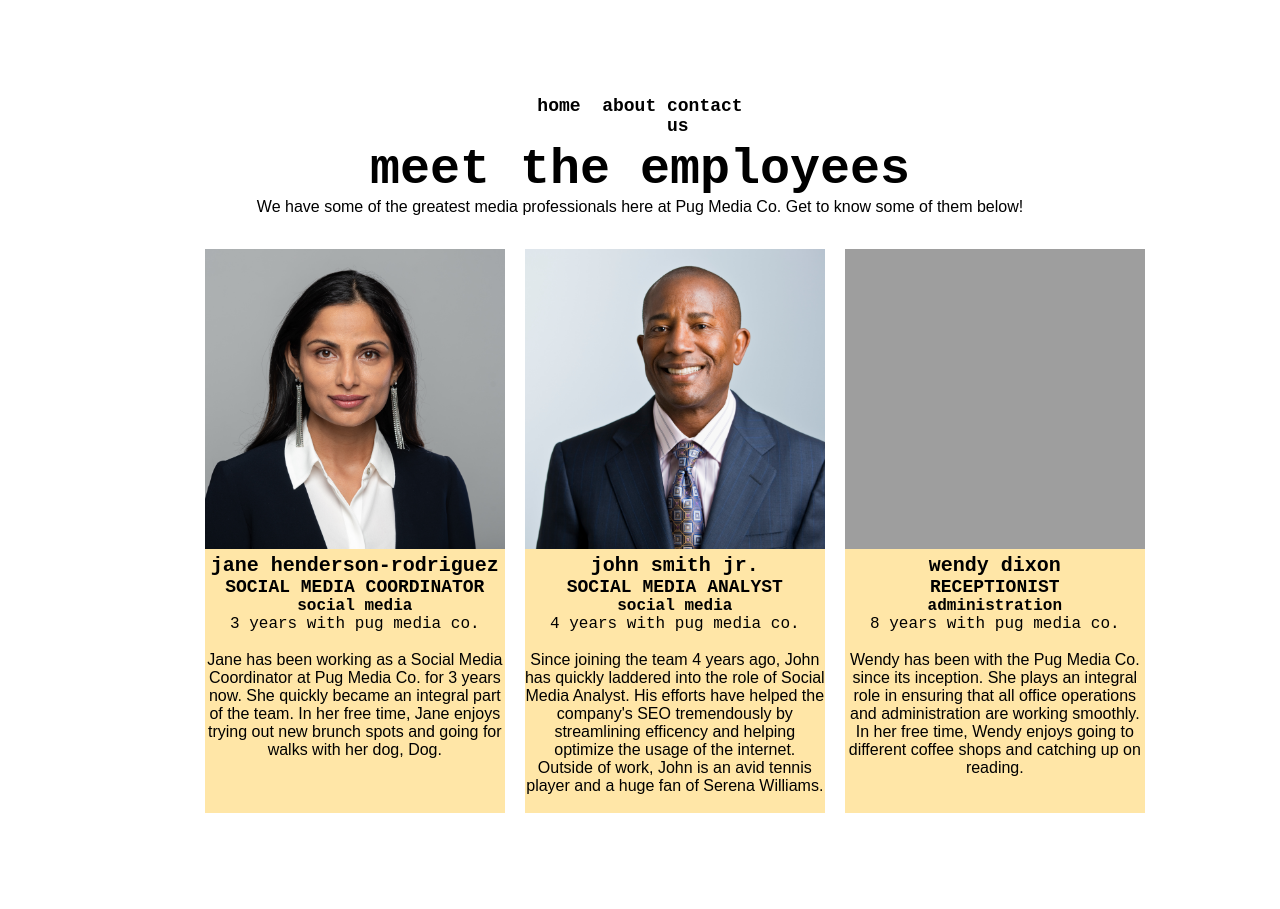
Repository: cheungglenda/MDIA2109-Week3
Page: /about
An editor plug-in stored every save of this project. The page is shown before and after the next save, followed by the edit.
The browser window is 1280 px wide. The pictures show the whole page.
Pictures or frames that could not be fetched are drawn as grey boxes. The project was rebuilt for these pictures with package versions that can differ from the ones it lists, and the page was loaded fresh each time. The framework's server and built-in components were replaced by stand-ins that run in the browser. Also part of the build but not shown: next.config.js.

Above is the page before, as saved 2023-01-20 12:57:12.

### pages/about.js
import Head from 'next/head'
import { Inter } from '@next/font/google'
import styles from '@/styles/Home.module.css'
import aboutData from '../data/about.json'
import { useState } from 'react'
import EmployeeCard  from '../components/EmployeeCard'
import Link from 'next/link'

export default function About() {

    const [aboutEmployees, setAboutEmployees] = useState([...aboutData])
    console.log(aboutData)
    return (
   <>
      <Head>
        <title>Meet the Employees</title>
        <meta name="description" content="Meet the Employees" />
        <meta name="viewport" content="width=device-width, initial-scale=1" />
        <link rel="icon" href="/favicon.ico" />
      </Head>
      <main className={styles.main}>
        <div className={styles.buttons}>
      <Link href="/" className={styles.links}>Home</Link>
      <Link href="/about" className={styles.links}>About</Link>
      <Link href="/" className={styles.links}>Contact Us</Link>
      </div>

      <div className={styles.meetTitle}>Meet the Employees</div>
      <div className={styles.titleDesc}>We have some of the greatest media professionals here at Pug Media Co. Get to know some of them below!</div>

        <div className={styles.grid}>
          <div className={styles.employees}>
          {aboutEmployees && aboutEmployees.map((info, index) => {
            if(info.firstName.toLowerCase() === "jane") {
            return (
              <EmployeeCard
              key={index}
              firstname={info.firstName}
              lastname={info.lastName}
              jobtitle={info.jobTitle}
              department={info.department}
              yearsworked={info.yearsWorked}
              description={info.description}
              color="#FFE6A7" font="16px"/>
            )
          }
          })}

          {aboutEmployees && aboutEmployees.map((info, index) => {
            if(info.firstName.toLowerCase() === "john") {
            return (
              <EmployeeCard
              key={index}
              firstname={info.firstName}
              lastname={info.lastName}
              jobtitle={info.jobTitle}
              department={info.department}
              yearsworked={info.yearsWorked}
              description={info.description}
              color="#FFE6A7" font="16px"/>
            )
          }
          })}

          {aboutEmployees && aboutEmployees.map((info, index) => {
            if(info.firstName.toLowerCase() === "wendy") {
            return (
              <EmployeeCard
              key={index}
              firstname={info.firstName}
              lastname={info.lastName}
              jobtitle={info.jobTitle}
              department={info.department}
              yearsworked={info.yearsWorked}
              description={info.description}
              color="#FFE6A7" font="16px"/>
            )
          }
          })}
          </div>
        </div>
      </main>
    </>
  )
}

### styles/Home.module.css
.main {
  display: flex;
  flex-direction: column;
  justify-content: space-between;
  align-items: center;
  padding: 6rem;
  font-family:arial;
  min-height: 100vh;
  background-color: rgb(255, 255, 255);
}

.buttons {
  display: flex;
  flex-direction:row;
  justify-content: space-evenly;
}

.links {
  font-size: 18px;
  max-width: var(--max-width);
  width: 100%;
  font-weight:900;
  font-family: 'Courier New', Courier, monospace;
  text-transform:lowercase;
  padding-bottom:5px;
}

.description {
  display: inherit;
  justify-content: inherit;
  align-items: inherit;
  font-size: 15px;
  max-width: var(--max-width);
  width: 100%;
  font-family: var(--font-mono);
}

.description a {
  display: flex;
  justify-content: center;
  align-items: center;
  gap: 0.5rem;
}

.description p {
  position: relative;
  margin: 0;
  padding: 1rem;
  background-color: rgba(var(--callout-rgb), 0.5);
  border: 1px solid rgba(var(--callout-border-rgb), 0.3);
  border-radius: var(--border-radius);
}

.code {
  font-weight: 700;
  font-family: var(--font-mono);
}

.meetTitle {
  font-size: 50px;
  font-weight:700;
  text-transform:lowercase;
  font-family:'Courier New', Courier, monospace;
  text-align:center;
}

.grid {
  display: flex;
  justify-content:center;
  width: var(--max-width);
  max-width: 100%;
  align-items:center;
  flex: 1;
}

.card {
  padding: 1rem 1.2rem;
  border-radius: var(--border-radius);
  background: rgba(var(--card-rgb), 0);
  border: 1px solid rgba(var(--card-border-rgb), 0);
  transition: background 200ms, border 200ms;
}

.card span {
  display: inline-block;
  transition: transform 200ms;
}

.info {
  font-family:Arial, Helvetica, sans-serif;
}

.card h2 {
  font-weight: 600;
  margin-bottom: 0.7rem;
}

.card p {
  margin: 0;
  opacity: 0.6;
  font-size: 0.9rem;
  line-height: 1.5;
  max-width: 30ch;
}


.employees {
  display:flex;
  gap:20px;
  width: 80%;
  text-align:center;
  font-family:'Courier New', Courier, monospace;
}

.titleDesc {
  font-size:16px;
  margin-bottom:3%;
}

.center {
  display: flex;
  justify-content: center;
  align-items: center;
  position: relative;
  padding: 4rem 0;
}

.center::before {
  background: var(--secondary-glow);
  border-radius: 50%;
  width: 480px;
  height: 360px;
  margin-left: -400px;
}

.center::after {
  background: var(--primary-glow);
  width: 240px;
  height: 180px;
  z-index: -1;
}

.center::before,
.center::after {
  content: '';
  left: 50%;
  position: absolute;
  filter: blur(45px);
  transform: translateZ(0);
}

.logo,
.thirteen {
  position: relative;
}

.thirteen {
  display: flex;
  justify-content: center;
  align-items: center;
  width: 75px;
  height: 75px;
  padding: 25px 10px;
  margin-left: 16px;
  transform: translateZ(0);
  border-radius: var(--border-radius);
  overflow: hidden;
  box-shadow: 0px 2px 8px -1px #0000001a;
}

.thirteen::before,
.thirteen::after {
  content: '';
  position: absolute;
  z-index: -1;
}

/* Conic Gradient Animation */
.thirteen::before {
  animation: 6s rotate linear infinite;
  width: 200%;
  height: 200%;
  background: var(--tile-border);
}

/* Inner Square */
.thirteen::after {
  inset: 0;
  padding: 1px;
  border-radius: var(--border-radius);
  background: linear-gradient(
    to bottom right,
    rgba(var(--tile-start-rgb), 1),
    rgba(var(--tile-end-rgb), 1)
  );
  background-clip: content-box;
}

/* Enable hover only on non-touch devices */
@media (hover: hover) and (pointer: fine) {
  .card:hover {
    background: rgba(var(--card-rgb), 0.1);
    border: 1px solid rgba(var(--card-border-rgb), 0.15);
  }

  .card:hover span {
    transform: translateX(4px);
  }
}

@media (prefers-reduced-motion) {
  .thirteen::before {
    animation: none;
  }

  .card:hover span {
    transform: none;
  }
}

/* Mobile */
@media (max-width: 700px) {
  .content {
    padding: 4rem;
  }

  .grid {
    grid-template-columns: 1fr;
    margin-bottom: 120px;
    max-width: 320px;
    text-align: center;
  }

  .card {
    padding: 1rem 2.5rem;
  }

  .card h2 {
    margin-bottom: 0.5rem;
  }

  .center {
    padding: 8rem 0 6rem;
  }

  .center::before {
    transform: none;
    height: 300px;
  }

  .description {
    font-size: 0.8rem;
  }

  .description a {
    padding: 1rem;
  }

  .description p,
  .description div {
    display: flex;
    justify-content: center;
    position: fixed;
    width: 100%;
  }

  .description p {
    align-items: center;
    inset: 0 0 auto;
    padding: 2rem 1rem 1.4rem;
    border-radius: 0;
    border: none;
    border-bottom: 1px solid rgba(var(--callout-border-rgb), 0.25);
    background: linear-gradient(
      to bottom,
      rgba(var(--background-start-rgb), 1),
      rgba(var(--callout-rgb), 0.5)
    );
    background-clip: padding-box;
    backdrop-filter: blur(24px);
  }

  .description div {
    align-items: flex-end;
    pointer-events: none;
    inset: auto 0 0;
    padding: 2rem;
    height: 200px;
    background: linear-gradient(
      to bottom,
      transparent 0%,
      rgb(var(--background-end-rgb)) 40%
    );
    z-index: 1;
  }
}

/* Tablet and Smaller Desktop */
@media (min-width: 701px) and (max-width: 1120px) {
  .grid {
    grid-template-columns: repeat(2, 50%);
  }
}

@media (prefers-color-scheme: dark) {
  .vercelLogo {
    filter: invert(1);
  }

  .logo,
  .thirteen img {
    filter: invert(1) drop-shadow(0 0 0.3rem #ffffff70);
  }
}

@keyframes rotate {
  from {
    transform: rotate(360deg);
  }
  to {
    transform: rotate(0deg);
  }
}

### data/about.json
[
    {
        "firstName": "Jane",
        "lastName": "Henderson-Rodriguez",
        "department": "Social Media",
        "jobTitle": "Social Media Coordinator",
        "yearsWorked": 3,
        "description": "Jane has been working as a Social Media Coordinator at Pug Media Co. for 3 years now. She quickly became an integral part of the team. In her free time, Jane enjoys trying out new brunch spots and going for walks with her dog, Dog."
    },
    {
        "firstName": "John",
        "lastName": "Smith jr.",
        "department": "Social Media",
        "jobTitle": "Social Media Analyst",
        "yearsWorked": 4,
        "description": "Since joining the team 4 years ago, John has quickly laddered into the role of Social Media Analyst. His efforts have helped the company's SEO tremendously by streamlining efficency and helping optimize the usage of the internet. Outside of work, John is an avid tennis player and a huge fan of Serena Williams."

    },
    {
        "firstName": "Wendy",
        "lastName": "Dixon",
        "department": "Administration",
        "jobTitle": "Receptionist",
        "yearsWorked": 8,
        "description": "Wendy has been with the Pug Media Co. since its inception. She plays an integral role in ensuring that all office operations and administration are working smoothly. In her free time, Wendy enjoys going to different coffee shops and catching up on reading."

    }
]

### components/EmployeeCard/index.js
export default function EmployeeCard({
    firstname = "none",
    lastname = "none",
    department = "none",
    jobtitle = "none",
    yearsworked = 0,
    description = "none",
    color = "pink",
    font = "O",
    image = "icon/personTwo.png"
}) {
    return (
        <div style={{backgroundColor: color, fontSize: 16}}>
            {
                firstname === "Jane" ? <img style={{objectFit: "cover"}} src={'headshots/photo3.jpeg'} width="300" height="300"/> :
                firstname === "John" ? <img style={{objectFit: "cover"}} src={'headshots/photo1.jpeg'} width="300" height="300"/> :
                firstname === "Wendy" ? <img style={{objectFit: "cover"}} src={'headshots/photo2.jpeg'} width="300" height="300"/> :
                <img src={image} width="300"/>
            }

            <h1 style={{textTransform: "lowercase", fontSize: 20}}>{firstname} {lastname}</h1>
            <h1 style={{textTransform: "lowercase", fontSize: 20}}></h1>
            <h2 style={{fontFamily:"'Courier New', Courier, monospace", textTransform: "uppercase", fontSize: 18}}>{jobtitle}</h2>
            <h3 style={{fontFamily:"'Courier New', Courier, monospace", textTransform: "lowercase", fontSize: 16, fontweight:500}}>{department}</h3>
            <h4 style={{textTransform:"lowercase", fontSize:16, fontWeight:100}}>{yearsworked} years with pug media co.</h4><br></br>
            <p style={{fontFamily: "Arial, Helvetica, sans-serif"}}>{description}</p><br></br>
        </div>
    )
}

Loaded but not shown: pages/_app.js (common file); pages/_document.js (common file); pages/api/hello.js (common file); styles/globals.css (common file)

After the next save:
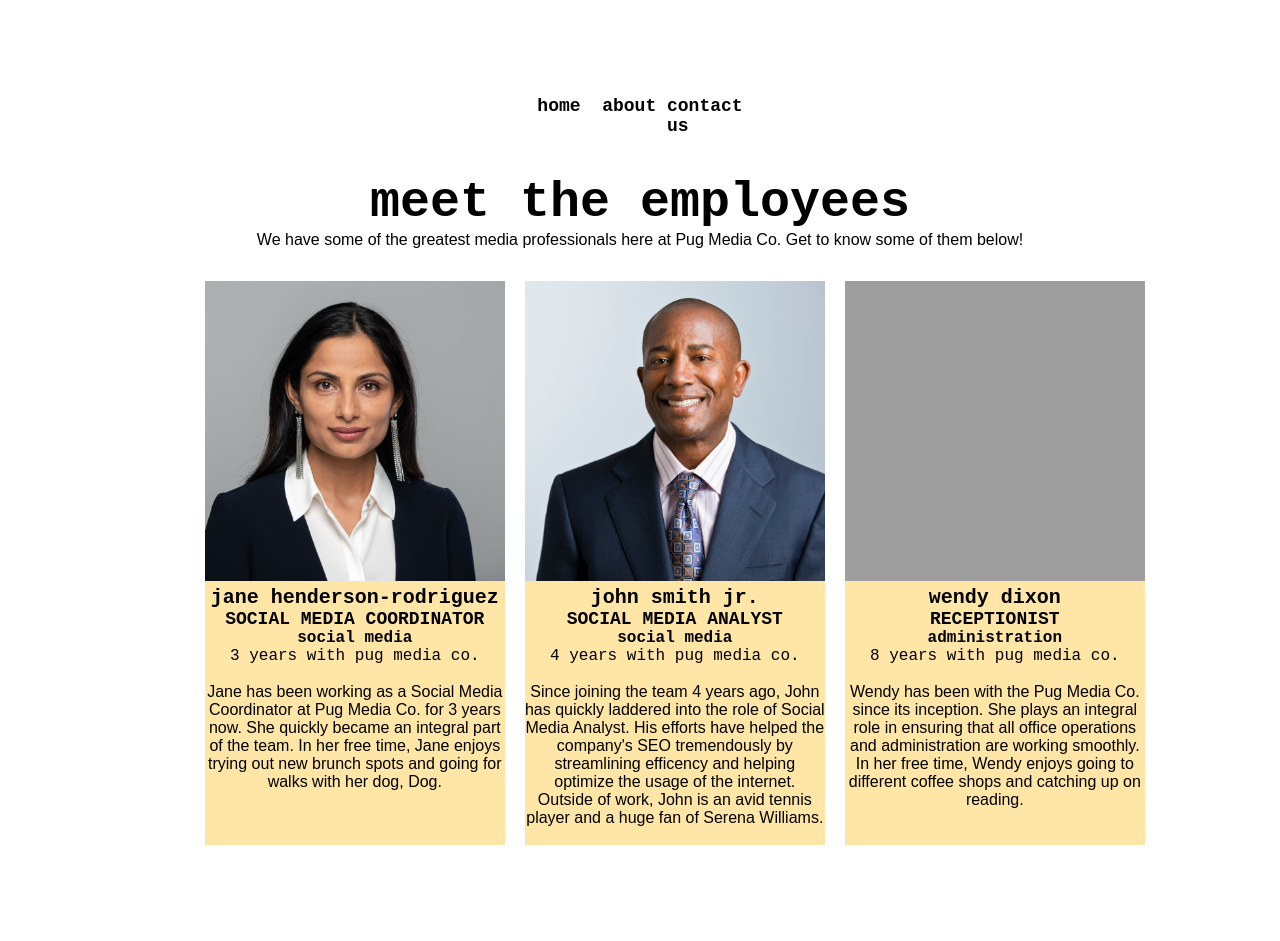
Saved 21 s later.
--- a/styles/Home.module.css
+++ b/styles/Home.module.css
@@ -13,6 +13,7 @@
   display: flex;
   flex-direction:row;
   justify-content: space-evenly;
+  margin-bottom:3%;
 }
 
 .links {
